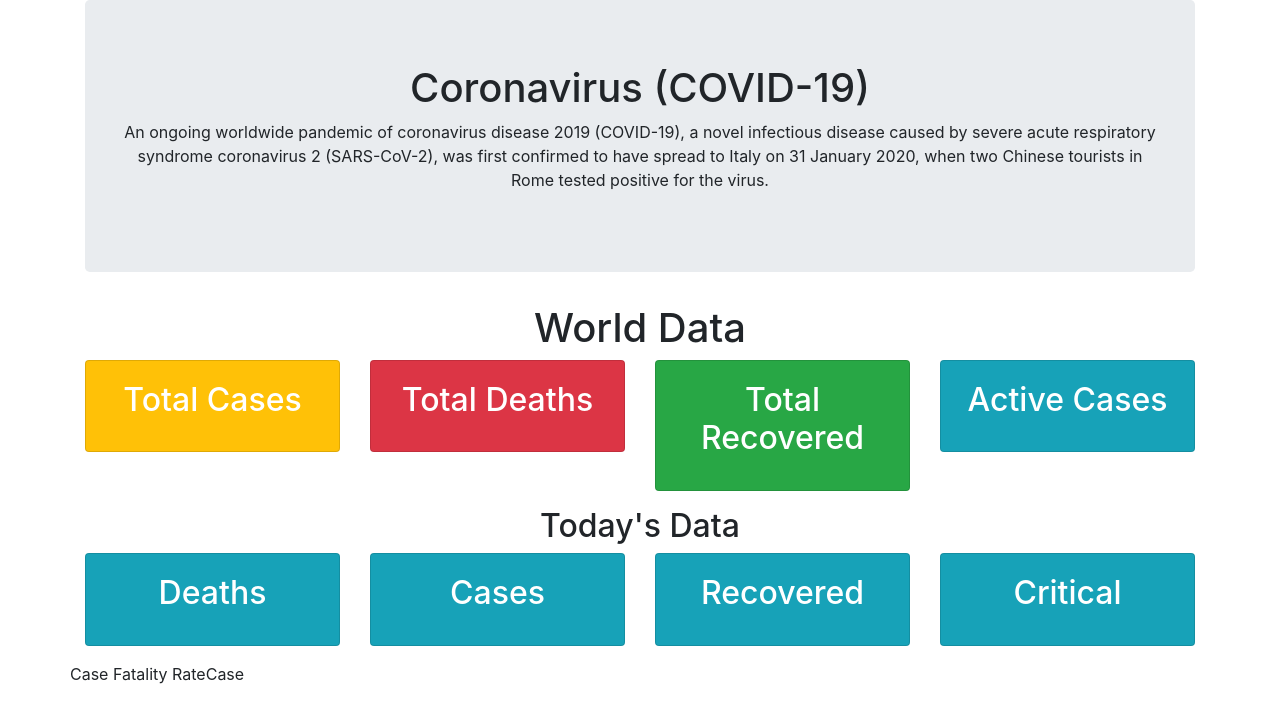
Repository: ahmadsaadkhan/react-covid-app
Page: /
An editor plug-in stored every save of this project. The page is shown before and after the next save, followed by the edit.
The browser window is 1280 px wide. The pictures show the whole page.
The page's requests for data from a server got no answer. The project was rebuilt for these pictures with package versions that can differ from the ones it lists, and the page was loaded fresh each time. No one was signed in, and anything a server would have sent is missing.

Above is the page before, as saved 2021-04-19 16:07:46.

### public/index.html
<!DOCTYPE html>
<html lang="en">

<head>
    <meta charset="utf-8" />
    <link rel="icon" href="%PUBLIC_URL%/favicon.ico" />
    <meta name="viewport" content="width=device-width, initial-scale=1" />
    <meta name="theme-color" content="#000000" />
    <meta name="description" content="Web site created using create-react-app" />
    <link rel="apple-touch-icon" href="%PUBLIC_URL%/logo192.png" />
    <!--
      manifest.json provides metadata used when your web app is installed on a
      user's mobile device or desktop. See https://developers.google.com/web/fundamentals/web-app-manifest/
    -->
    <link rel="manifest" href="%PUBLIC_URL%/manifest.json" />
    <link rel="stylesheet" href="https://cdn.jsdelivr.net/npm/bootstrap@4.6.0/dist/css/bootstrap.min.css" integrity="sha384-B0vP5xmATw1+K9KRQjQERJvTumQW0nPEzvF6L/Z6nronJ3oUOFUFpCjEUQouq2+l" crossorigin="anonymous" />
    <!--
      Notice the use of %PUBLIC_URL% in the tags above.
      It will be replaced with the URL of the `public` folder during the build.
      Only files inside the `public` folder can be referenced from the HTML.

      Unlike "/favicon.ico" or "favicon.ico", "%PUBLIC_URL%/favicon.ico" will
      work correctly both with client-side routing and a non-root public URL.
      Learn how to configure a non-root public URL by running `npm run build`.
    -->
    <title>React App</title>
</head>

<body>
    <noscript>You need to enable JavaScript to run this app.</noscript>
    <div id="root"></div>
    <!--
      This HTML file is a template.
      If you open it directly in the browser, you will see an empty page.

      You can add webfonts, meta tags, or analytics to this file.
      The build step will place the bundled scripts into the <body> tag.

      To begin the development, run `npm start` or `yarn start`.
      To create a production bundle, use `npm run build` or `yarn build`.
    -->
</body>

</html>

### src/App.js
import './App.css';
import { useState } from 'react';
import { useEffect } from 'react';

function App() {

  const [Covid_Data, setCovid_Data] = useState(null);

  const getData = () => {
    fetch("https://vaccovid-coronavirus-vaccine-and-treatment-tracker.p.rapidapi.com/api/npm-covid-data/world", {
      "method": "GET",
      "headers": {
        "x-rapidapi-key": "3d33dc1e13mshc5f97558480723fp15e23bjsnc1db1b7183da",
        "x-rapidapi-host": "vaccovid-coronavirus-vaccine-and-treatment-tracker.p.rapidapi.com"
      }
    })
      .then(response => {
        return response.json();
      })
      .then(data => {
        console.log(data);
        setCovid_Data(data);
      })
      .catch(err => {
        console.error(err);
      });


  }

  useEffect(() => {
    getData()
  }, [])

  return (
    <div className="App">
      <div className="container">
        <div className="jumbotron text-center">
          <h1>Coronavirus (COVID-19)</h1>
          <p>An ongoing worldwide pandemic of coronavirus disease 2019 (COVID-19), a novel infectious disease caused by severe acute respiratory syndrome coronavirus 2 (SARS-CoV-2), was first confirmed to have spread to Italy on 31 January 2020, when two Chinese tourists in Rome tested positive for the virus.</p>
        </div>
        <h1>World Data</h1>
        <div className="row">
          <div className="col-md-3">
            <div className="card text-white bg-warning mb-3">
              <div className="card-body">
                <h2 className="card-title"> Total Cases</h2>
                <p className="card-text h3">{Covid_Data && Covid_Data[0].TotalCases}</p>
              </div>
            </div>
          </div>
          <div className="col-md-3">
            <div className="card text-white bg-danger mb-3">
              <div className="card-body">
                <h2 className="card-title"> Total Deaths</h2>
                <p className="card-text h3">{Covid_Data && Covid_Data[0].TotalDeaths}</p>
              </div>
            </div>
          </div>
          <div className="col-md-3">
            <div className="card text-white bg-success mb-3">
              <div className="card-body">
                <h2 className="card-title"> Total Recovered</h2>
                <p className="card-text h3">{Covid_Data && Covid_Data[0].TotalRecovered}</p>
              </div>
            </div>
          </div>

          <div className="col-md-3">
            <div className="card text-white bg-info mb-3">
              <div className="card-body">
                <h2 className="card-title"> Active Cases</h2>
                <p className="card-text h3">{Covid_Data && Covid_Data[0].ActiveCases}</p>
              </div>
            </div>
          </div>
        </div>

        <h2>Today's Data</h2>
        <div className="row">
          <div className="col-md-3">
            <div className="card text-white bg-info mb-3">
              <div className="card-body">
                <h2 className="card-title">Deaths</h2>
                <p className="card-text h3">{Covid_Data && Covid_Data[0].NewDeaths}</p>
              </div>
            </div>
          </div>

          <div className="col-md-3">
            <div className="card text-white bg-info mb-3">
              <div className="card-body">
                <h2 className="card-title">Cases</h2>
                <p className="card-text h3">{Covid_Data && Covid_Data[0].NewCases}</p>
              </div>
            </div>
          </div>

          <div className="col-md-3">
            <div className="card text-white bg-info mb-3">
              <div className="card-body">
                <h2 className="card-title">Recovered</h2>
                <p className="card-text h3">{Covid_Data && Covid_Data[0].NewRecovered}</p>
              </div>
            </div>
          </div>

          <div className="col-md-3">
            <div className="card text-white bg-info mb-3">
              <div className="card-body">
                <h2 className="card-title">Critical</h2>
                <p className="card-text h3">{Covid_Data && Covid_Data[0].Serious_Critical}</p>
              </div>
            </div>
          </div>

        </div>

        <div className="row">
          <label className="label label-success">Case Fatality Rate {Covid_Data && Covid_Data[0].Case_Fatality_Rate}</label>
          <label>Case {Covid_Data && Covid_Data[0].Case_Fatality_Rate}</label>
        </div>

      </div>
    </div>
  );
}

export default App;

Loaded but not shown: src/index.js (common file); src/index.css (common file); src/App.css (common file)

After the next save:
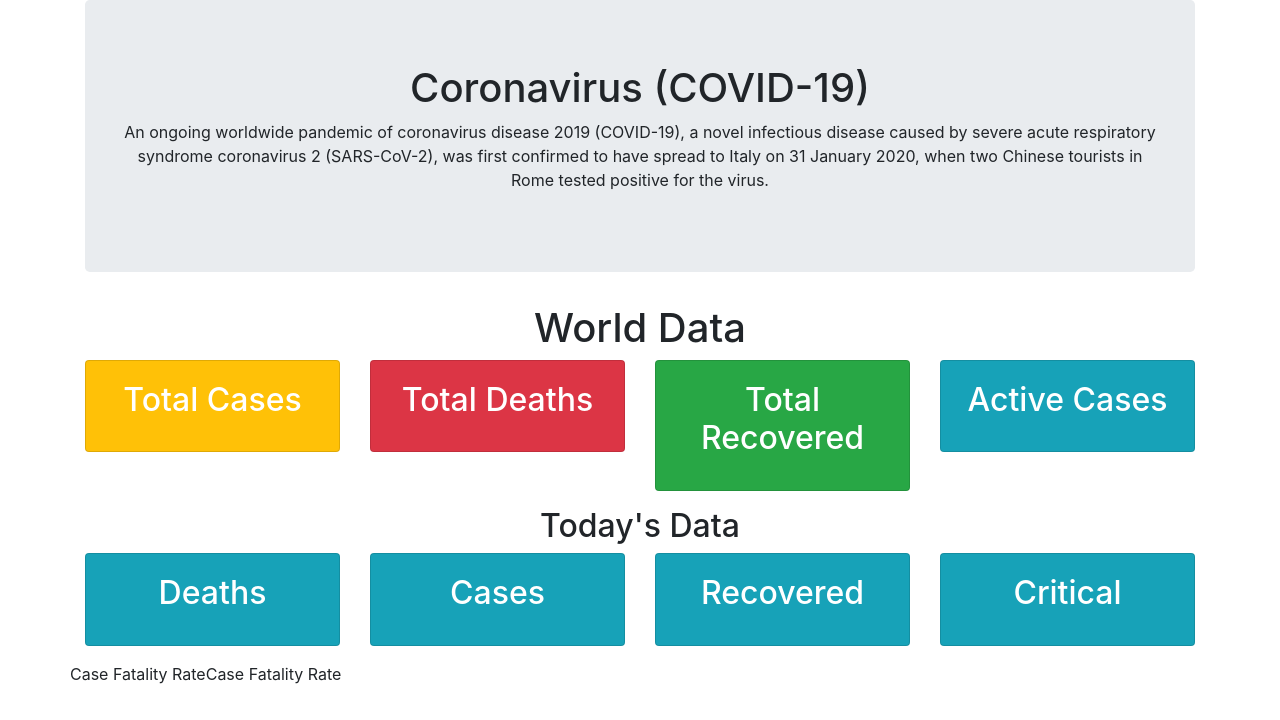
Saved 6 s later.
--- a/src/App.js
+++ b/src/App.js
@@ -118,7 +118,7 @@ function App() {
 
         <div className="row">
           <label className="label label-success">Case Fatality Rate {Covid_Data && Covid_Data[0].Case_Fatality_Rate}</label>
-          <label>Case {Covid_Data && Covid_Data[0].Case_Fatality_Rate}</label>
+          <label className="label label-success">Case Fatality Rate {Covid_Data && Covid_Data[0].Case_Fatality_Rate}</label>
         </div>
 
       </div>
